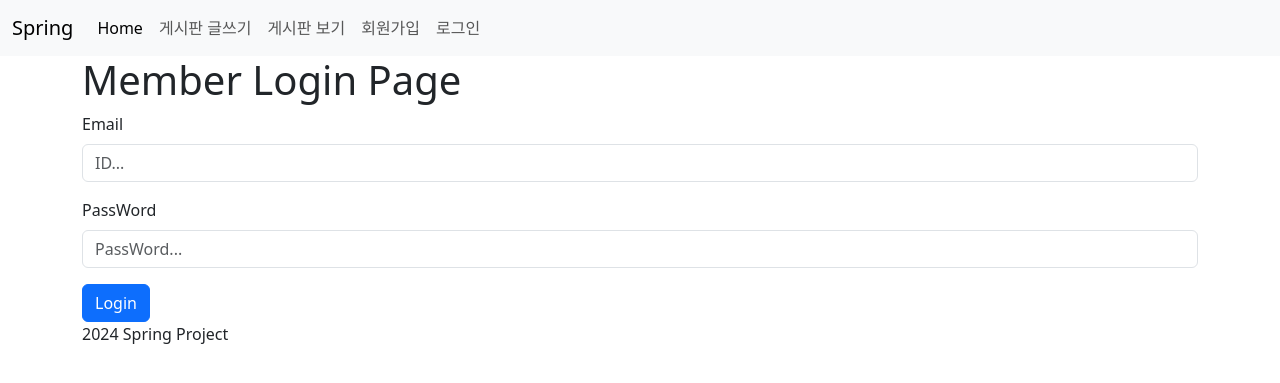
Repository: havanara/240423_SPRING_Project
Page: http://localhost/spring_test2/WEB-INF/views/user/login.jsp
The author's editor kept a copy of each file at every save. The page is drawn from the files as they stood at one save, then again after the next save.
The browser window is 1280 px wide. The pictures show the whole page.
The page is served by Tomcat 9. Nobody is signed in. The template is opened directly, without the code that normally fills it, so the values that code supplies are empty.

Above is the page before, as saved 2024-05-08 02:14:45.

After the next save:
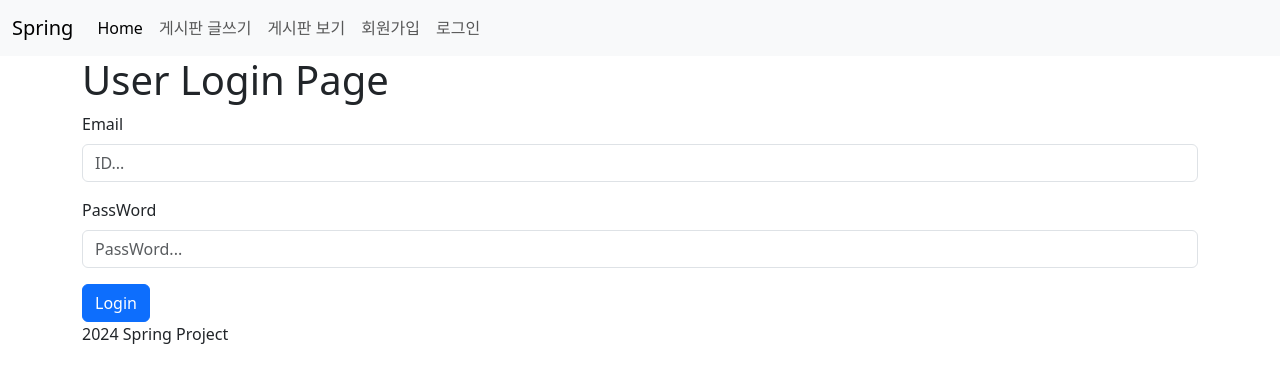
Saved 17 s later.
--- a/spring_test2/src/main/webapp/WEB-INF/views/user/login.jsp
+++ b/spring_test2/src/main/webapp/WEB-INF/views/user/login.jsp
@@ -4,8 +4,8 @@
     <jsp:include page="../layout/header.jsp" />
 
 <div class="container-md">
-<h1>Member Login Page</h1>
-<form action="/member/login" method="post">
+<h1>User Login Page</h1>
+<form action="/user/login" method="post">
 	<div class="mb-3">
 	  <label for="e" class="form-label">Email</label>
 	  <input type="text" class="form-control" name="email" id="i" placeholder="ID...">
